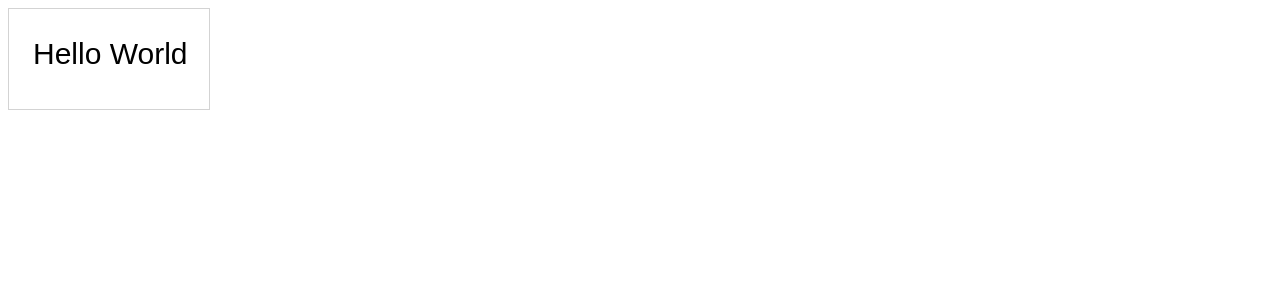
Repository: SonPhamThe/C0622G1-PhamTheSon
Page: ss1-sudungthehtmlcoban/baitap.html
An editor plug-in stored every save of this project. The page is shown before and after a run of saves, followed by the edit.
The browser window is 1280 px wide. The pictures show the whole page.

Above is the page before, as saved 2022-07-19 08:56:07.

### ss1-sudungthehtmlcoban/baitap.html
<!DOCTYPE html>
<html lang="en">
  <head>
    <title>HyperText Markup Language</title>
  </head>
  <body>
    <canvas
      id="myCanvas"
      width="200"
      height="100"
      style="border: 1px solid #d3d3d3"
    >
      Your browser does not support the HTML5 canvas tag.</canvas
    >
    <script>
      var c = document.getElementById("myCanvas");
      var ctx = c.getContext("2d");
      ctx.font = "30px Arial";
      ctx.fillText("Hello World", 24, 55);
    </script>
  </body>
</html>

After the next 2 saves:
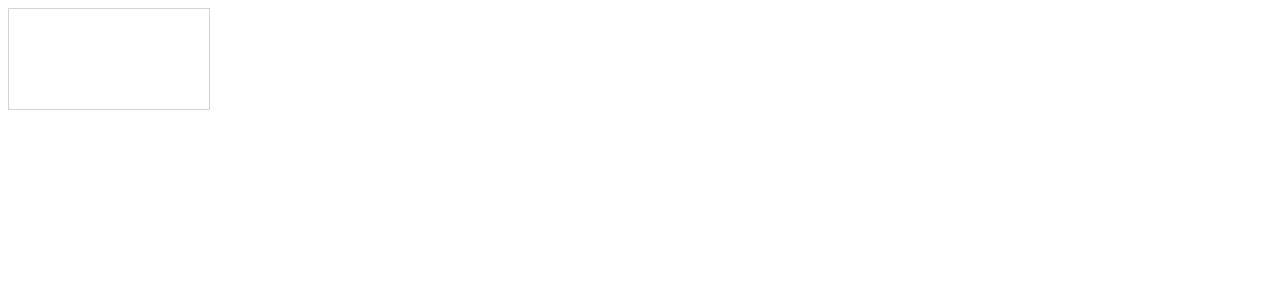
Console error: SyntaxError: Invalid or unexpected token
The 2 saves are shown as one change because they came seconds apart.
The last was saved 4 min 50 s later.
--- a/ss1-sudungthehtmlcoban/baitap.html
+++ b/ss1-sudungthehtmlcoban/baitap.html
@@ -13,10 +13,13 @@
       Your browser does not support the HTML5 canvas tag.</canvas
     >
     <script>
-      var c = document.getElementById("myCanvas");
-      var ctx = c.getContext("2d");
-      ctx.font = "30px Arial";
-      ctx.fillText("Hello World", 24, 55);
+           var c=document.getElementById("myCanvas");
+      var ctx=c.getContext("2d"); // Create gradient
+      var grd=ctx.createRadialGradient(75,50,5,90,60,100);
+      grd.addColorStop(0,”red”);
+      grd.addColorStop(1,”white”); // Fill with gradient
+      ctx.fillStyle=grd;
+      ctx.fillRect(10,10,150,80);
     </script>
   </body>
 </html>

After the 6 saves that followed:
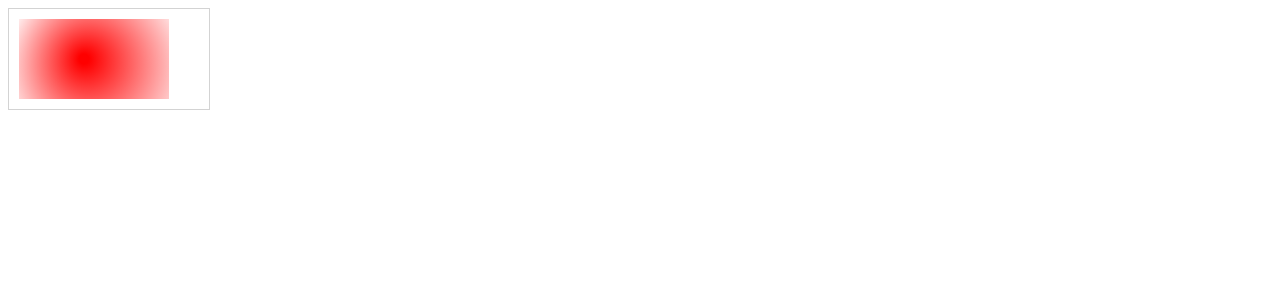
The error is gone.
The 6 saves are shown as one change because they came seconds apart.
The last was saved 16 s later.
--- a/ss1-sudungthehtmlcoban/baitap.html
+++ b/ss1-sudungthehtmlcoban/baitap.html
@@ -16,8 +16,8 @@
            var c=document.getElementById("myCanvas");
       var ctx=c.getContext("2d"); // Create gradient
       var grd=ctx.createRadialGradient(75,50,5,90,60,100);
-      grd.addColorStop(0,”red”);
-      grd.addColorStop(1,”white”); // Fill with gradient
+      grd.addColorStop(0,"red");
+      grd.addColorStop(1,"white"); // Fill with gradient
       ctx.fillStyle=grd;
       ctx.fillRect(10,10,150,80);
     </script>
